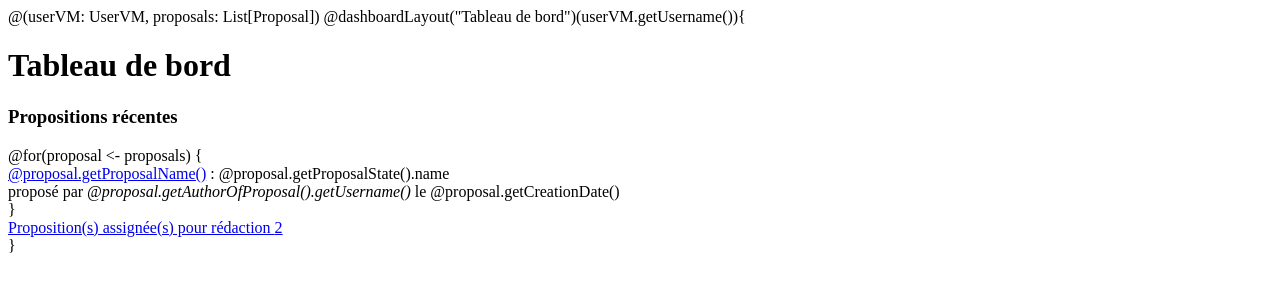
Repository: spirale-software/labo_master
Page: Application/oneDotCom/app/views/dashboard.scala.html
The author's editor kept a copy of each file at every save. The page is drawn from the files as they stood at one save, then again after the next save.
The browser window is 1280 px wide. The pictures show the whole page.

Above is the page before, as saved 2017-04-18 14:30:17.

### Application/oneDotCom/app/views/dashboard.scala.html
@(userVM: UserVM, proposals: List[Proposal])

@dashboardLayout("Tableau de bord")(userVM.getUsername()){

	<meta content="text/html; charset=UTF-8" http-equiv="Content-Type">

	 <h1 class="page-header">Tableau de bord</h1>

	 <div class="row">
                <div class="col-lg-8 col-md-8">
                    <div class="panel panel-default">
                        <div class="panel-heading">
                            <h3 class="panel-title">Propositions récentes</h3>
                        </div>
                        <div class="panel-body">

                        	@for(proposal <- proposals) {
                        		<div class="panel panel-default">
                                	<div class="panel-body">
                                    	<a href="@routes.ProposalController.detailProposalAction(proposal.getIdProposal())">@proposal.getProposalName()</a> : @proposal.getProposalState().name<br>
                                        proposé par <em>@proposal.getAuthorOfProposal().getUsername()</em> le @proposal.getCreationDate()
                                	</div>
                            	</div>
                        	}
                        </div><!--[/panel-body]-->

                    </div>

                </div>

                <div class="col-lg-4 col-md-4">
					<a href="#">Proposition(s) assignée(s) pour rédaction <span class="badge">2</span></a>
                </div>

            </div>


}

After the next save:
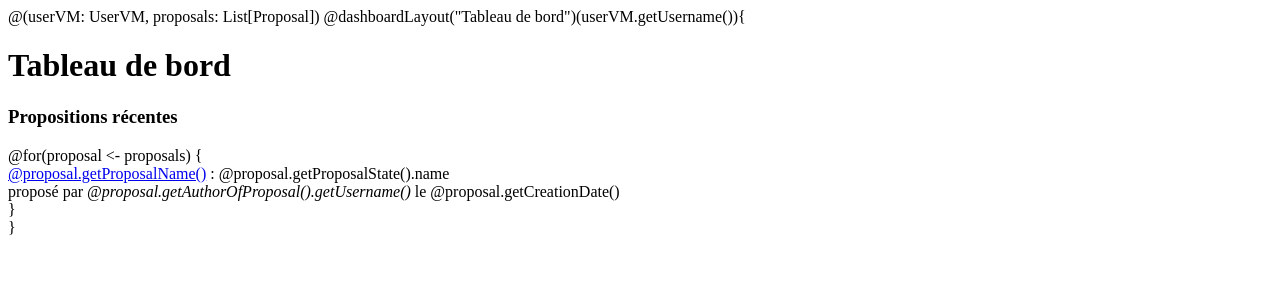
Saved 8 s later.
--- a/Application/oneDotCom/app/views/dashboard.scala.html
+++ b/Application/oneDotCom/app/views/dashboard.scala.html
@@ -29,7 +29,7 @@
                 </div>
 
                 <div class="col-lg-4 col-md-4">
-					<a href="#">Proposition(s) assignée(s) pour rédaction <span class="badge">2</span></a>
+
                 </div>
 
             </div>
